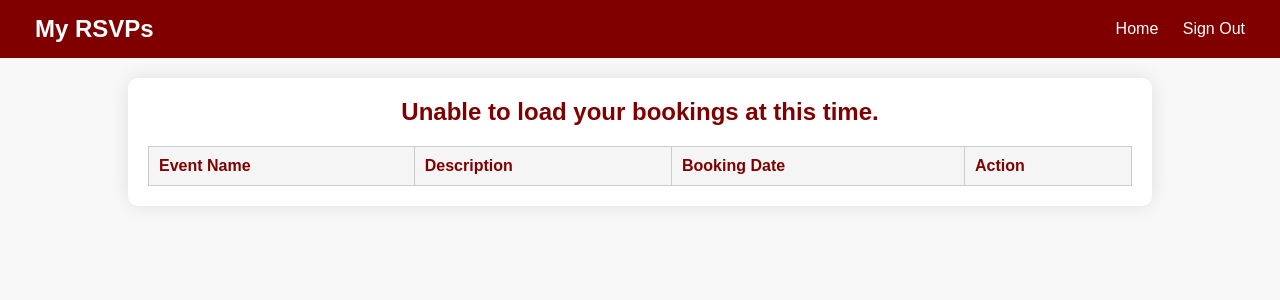
Repository: krypton-arch/CollegeEvent
Page: CollegeEvent/src/main/webapp/my_rsvps.html
An editor plug-in stored every save of this project. The page is shown before and after the next save, followed by the edit.
The browser window is 1280 px wide. The pictures show the whole page.
The page's requests for data from a server got no answer.

Above is the page before, as saved 2024-10-30 12:46:34.

### CollegeEvent/src/main/webapp/my_rsvps.html
<!DOCTYPE html>
<html lang="en">
<head>
    <meta charset="UTF-8">
    <meta name="viewport" content="width=device-width, initial-scale=1.0">
    <link rel="stylesheet" href="styles3.css">
    <title>My RSVPs - College Event Management</title>
</head>
<body>
    <nav class="navbar">
        <h1>My RSVPs</h1>
        <div class="nav-links">
            <a href="home.html">Home</a>
            <a href="login.html">Sign Out</a>
        </div>
    </nav>

    <div class="container">
        <h2 id="greeting"></h2>
        <table id="rsvp-table">
            <thead>
                <tr>
                    <th>Event Name</th>
                    <th>Description</th>
                    <th>Booking Date</th>
                    <th>Action</th>
                </tr>
            </thead>
            <tbody>
                <!-- RSVP bookings will be inserted here by JavaScript -->
            </tbody>
        </table>
        <p id="no-rsvps" style="display: none;">You currently have no RSVPs.</p>
    </div>

    <script>
        // Fetch RSVPs on page load
        window.onload = async function() {
            try {
                const response = await fetch('myRSVPs');
                const data = await response.json();

                document.getElementById('greeting').innerText = `Hello, ${data.name}! Here are your bookings:`;
                const tbody = document.getElementById('rsvp-table').getElementsByTagName('tbody')[0];

                if (data.bookings && data.bookings.length > 0) {
                    data.bookings.forEach(booking => {
                        const row = tbody.insertRow();
                        row.insertCell(0).innerText = booking.eventName;
                        row.insertCell(1).innerText = booking.description || 'No description available';
                        row.insertCell(2).innerText = booking.bookingDate;

                        // Add Cancel button with booking ID
                        const cancelCell = row.insertCell(3);
                        const cancelButton = document.createElement('button');
                        cancelButton.innerText = 'Cancel';
                        cancelButton.onclick = () => cancelBooking(booking.id, row);
                        cancelCell.appendChild(cancelButton);
                    });
                } else {
                    document.getElementById('no-rsvps').style.display = 'block';
                }
            } catch (error) {
                console.error('Error fetching RSVPs:', error);
                document.getElementById('greeting').innerText = 'Unable to load your bookings at this time.';
            }
        };

        async function cancelBooking(bookingId, row) {
            try {
                const response = await fetch('myRSVPs', {
                    method: 'POST',
                    headers: { 'Content-Type': 'application/x-www-form-urlencoded' },
                    body: `bookingId=${bookingId}`
                });
                const result = await response.json();

                if (result.message === 'Booking cancelled successfully') {
                    row.remove(); // Remove the cancelled booking row
                    if (document.querySelectorAll('#rsvp-table tbody tr').length === 0) {
                        document.getElementById('no-rsvps').style.display = 'block';
                    }
                } else {
                    alert('Failed to cancel booking. Please try again.');
                }
            } catch (error) {
                console.error('Error cancelling booking:', error);
                alert('Error cancelling booking. Please try again.');
            }
        }
    </script>
</body>
</html>

### CollegeEvent/src/main/webapp/styles3.css
@charset "ISO-8859-1";

* {
    box-sizing: border-box;
    margin: 0;
    padding: 0;
}

body {
    font-family: Arial, sans-serif;
    background-color: #f8f8f8; /* Light cream background */
}

.navbar {
    display: flex;
    justify-content: space-between;
    align-items: center;
    background-color: maroon; /* Maroon navbar */
    color: white;
    padding: 15px;
}

.navbar h1 {
    margin-left: 20px;
}

.nav-links {
    margin-right: 20px;
}

.nav-links a {
    color: white;
    text-decoration: none;
    margin-left: 20px;
}

.nav-links a:hover {
    text-decoration: underline;
}

.container {
    padding: 20px;
    margin: 20px auto;
    width: 80%;
    background-color: #ffffff; /* White box */
    border-radius: 10px;
    box-shadow: 0 0 20px rgba(0, 0, 0, 0.1);
}

h2 {
    text-align: center;
    color: maroon;
    margin-bottom: 20px;
}

table {
    width: 100%;
    border-collapse: collapse;
}

th, td {
    border: 1px solid #ccc;
    padding: 10px;
    text-align: left;
}

th {
    background-color: #f5f5f5; /* Light cream header */
    color: maroon;
}

After the next save:
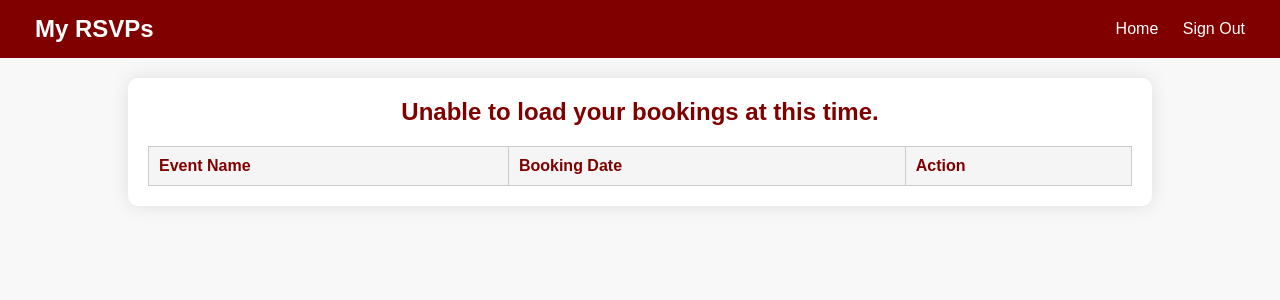
Saved 30 s later.
--- a/CollegeEvent/src/main/webapp/my_rsvps.html
+++ b/CollegeEvent/src/main/webapp/my_rsvps.html
@@ -21,7 +21,6 @@
             <thead>
                 <tr>
                     <th>Event Name</th>
-                    <th>Description</th>
                     <th>Booking Date</th>
                     <th>Action</th>
                 </tr>
@@ -47,7 +46,6 @@
                     data.bookings.forEach(booking => {
                         const row = tbody.insertRow();
                         row.insertCell(0).innerText = booking.eventName;
-                        row.insertCell(1).innerText = booking.description || 'No description available';
                         row.insertCell(2).innerText = booking.bookingDate;
 
                         // Add Cancel button with booking ID
